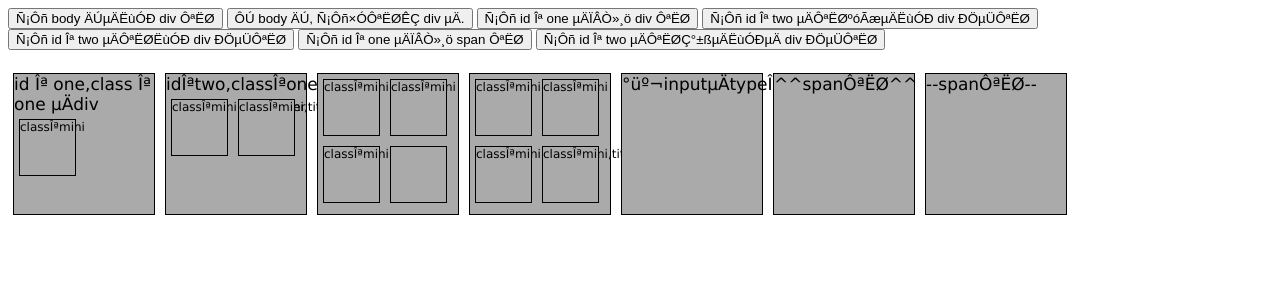
Repository: smilebingbing/java
Page: day_1/WebContent/jquery3.html
An editor plug-in stored every save of this project. The page is shown before and after the next save, followed by the edit.
The browser window is 1280 px wide. The pictures show the whole page.
After loading, the first visible `#btn2` was clicked once.

Above is the page before, as saved 2016-10-15 07:34:17.

### day_1/WebContent/jquery3.html
<!DOCTYPE html>
<html>
<head>
<meta http-equiv="Content-Type" content="text/html";charset="gbk">

<title>Insert title here</title>
<style type="text/css">
			div, span, p {
			    width: 140px;
			    height: 140px;
			    margin: 5px;
			    background: #aaa;
			    border: #000 1px solid;
			    float: left;
			    font-size: 17px;
			    font-family: Verdana;
			}

			div.mini {
			    width: 55px;
			    height: 55px;
			    background-color: #aaa;
			    font-size: 12px;
			}

			div.hide {
			    display: none;
			}
		</style>

<script type="text/javascript" src="jquery-1.7.2.js"></script>
<script type="text/javascript">

	$(function(){

		$("#btn1").click(function(){
			$("body div").css("background","#ffbbaa");
		});
		$("#btn2").click(function(){
			$("none").css("background","#ffbbaa");
		});
		$("#btn3").click(function(){
			$("none").css("background","#ffbbaa");
		});
		$("#btn4").click(function(){
			$("none").css("background","#ffbbaa");
		});
		$("#btn5").click(function(){
			$("none").css("background","#ffbbaa");
		});
		$("#btn6").click(function(){
			$("none").css("background","#ffbbaa");
		});
		$("#btn7").click(function(){
			$("none").css("background","#ffbbaa");
		});
	})
</script>
</head>
<body>
		<input type="button" value="选择 body 内的所有 div 元素" id="btn1" />
		<input type="button" value="在 body 内, 选择子元素是 div 的." id="btn2" />
		<input type="button" value="选择 id 为 one 的下一个 div 元素" id="btn3" />
		<input type="button" value="选择 id 为 two 的元素后面的所有 div 兄弟元素" id="btn4" />
		<input type="button" value="选择 id 为 two 的元素所有 div 兄弟元素" id="btn5" />
		<input type="button" value="选择 id 为 one 的下一个 span 元素" id="btn6" />
		<input type="button" value="选择 id 为 two 的元素前边的所有的 div 兄弟元素" id="btn7" />

		<br><br>
		<div class="one" id="one">
			id 为 one,class 为 one 的div
			<div class="mini">class为mini</div>
		</div>
		<div class="one" id="two" title="test">
			id为two,class为one,title为test的div
			<div class="mini" title="other">class为mini,title为other</div>
			<div class="mini" title="test">class为mini,title为test</div>
		</div>
		<div class="one">
			<div class="mini">class为mini</div>
			<div class="mini">class为mini</div>
			<div class="mini">class为mini</div>
			<div class="mini"></div>
		</div>
		<div class="one">
			<div class="mini">class为mini</div>
			<div class="mini">class为mini</div>
			<div class="mini">class为mini</div>
			<div class="mini" title="tesst">class为mini,title为tesst</div>
		</div>
		<div style="display:none;" class="none">style的display为"none"的div</div>
		<div class="hide">class为"hide"的div</div>
		<div>
			包含input的type为"hidden"的div<input type="hidden" size="8">
		</div>
		<span id="span">^^span元素^^</span>
		<span id="span">--span元素--</span>
	</body>

</html>

Loaded but not shown: day_1/WebContent/jquery-1.7.2.js (library)

After the next save:
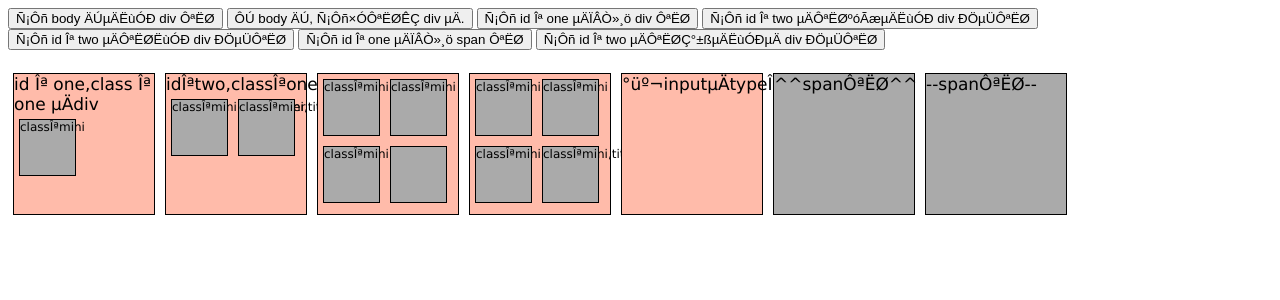
Saved 66 s later.
--- a/day_1/WebContent/jquery3.html
+++ b/day_1/WebContent/jquery3.html
@@ -37,7 +37,7 @@
 			$("body div").css("background","#ffbbaa");
 		});
 		$("#btn2").click(function(){
-			$("none").css("background","#ffbbaa");
+			$("body > div").css("background","#ffbbaa");
 		});
 		$("#btn3").click(function(){
 			$("none").css("background","#ffbbaa");
